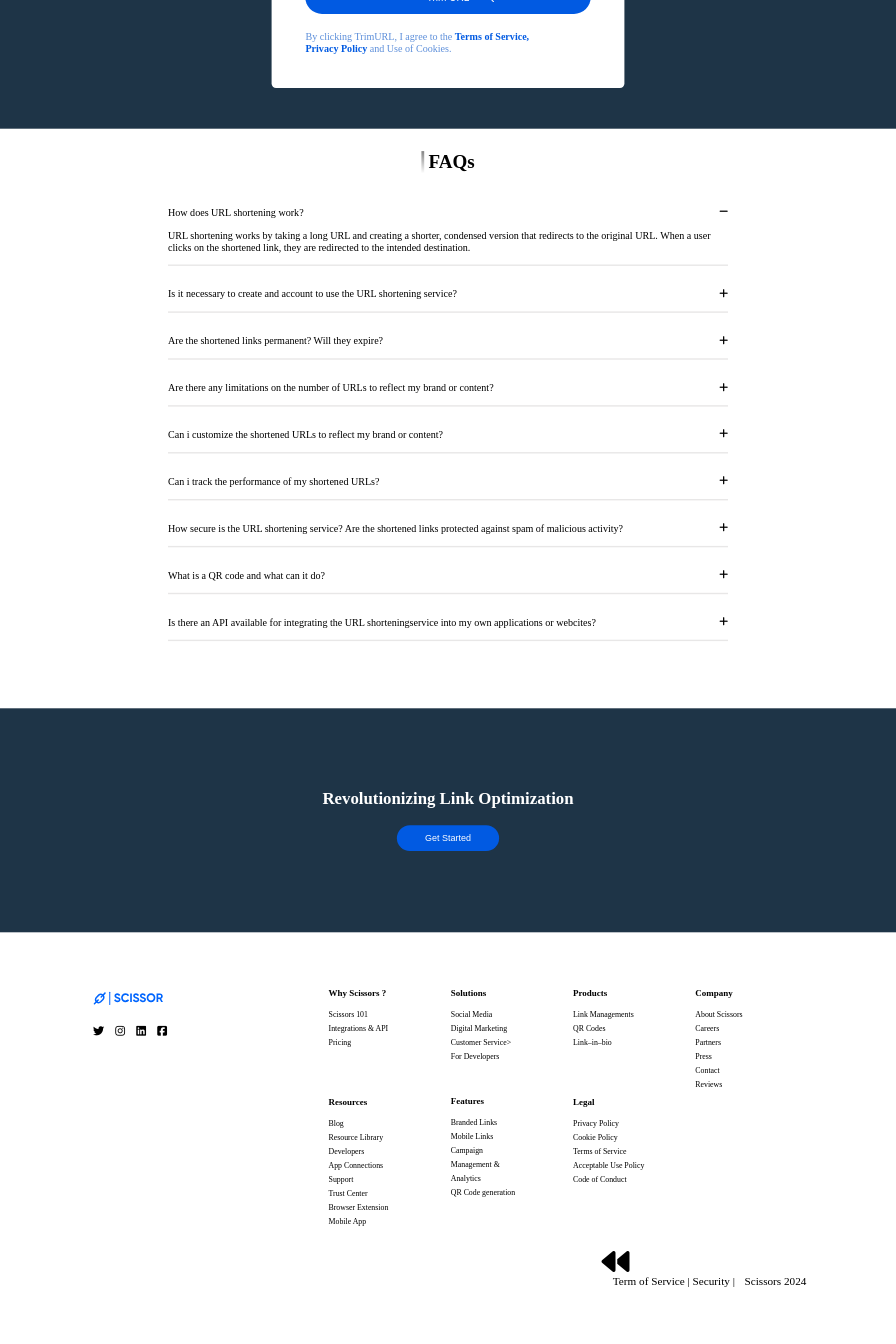
Repository: dark-txch/ass-1-6
Page: src/pages/scissors.html
These files come from the project's save history. The page is drawn as it stood at one moment and after the next save; the edit follows.
The browser window is 1280 px wide. The pictures show the part of the page from y = 2477 to 4397 px (the page is 4397 px tall), at 70% of full size.
Some web libraries are served in a nearby version.

Above is the page before, as saved 2024-11-29 15:36:11.

After the next save:
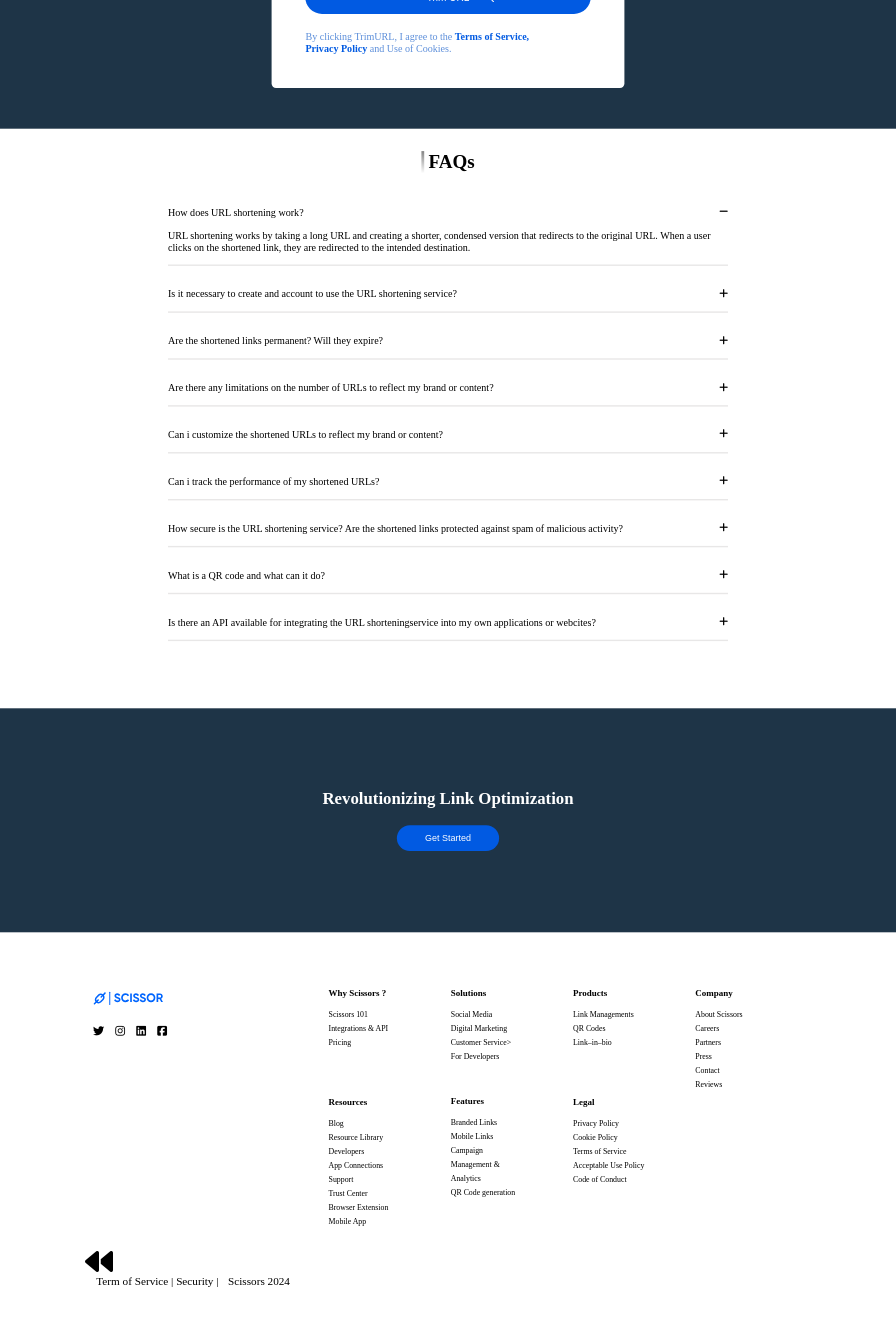
Saved 7 s later.
--- a/src/styles/scissors/scissors.css
+++ b/src/styles/scissors/scissors.css
@@ -717,7 +717,6 @@
 /* ------------------------ copyright */
 
 #copyright {
-	text-align: end;
 }
 
 #copyright > span {
